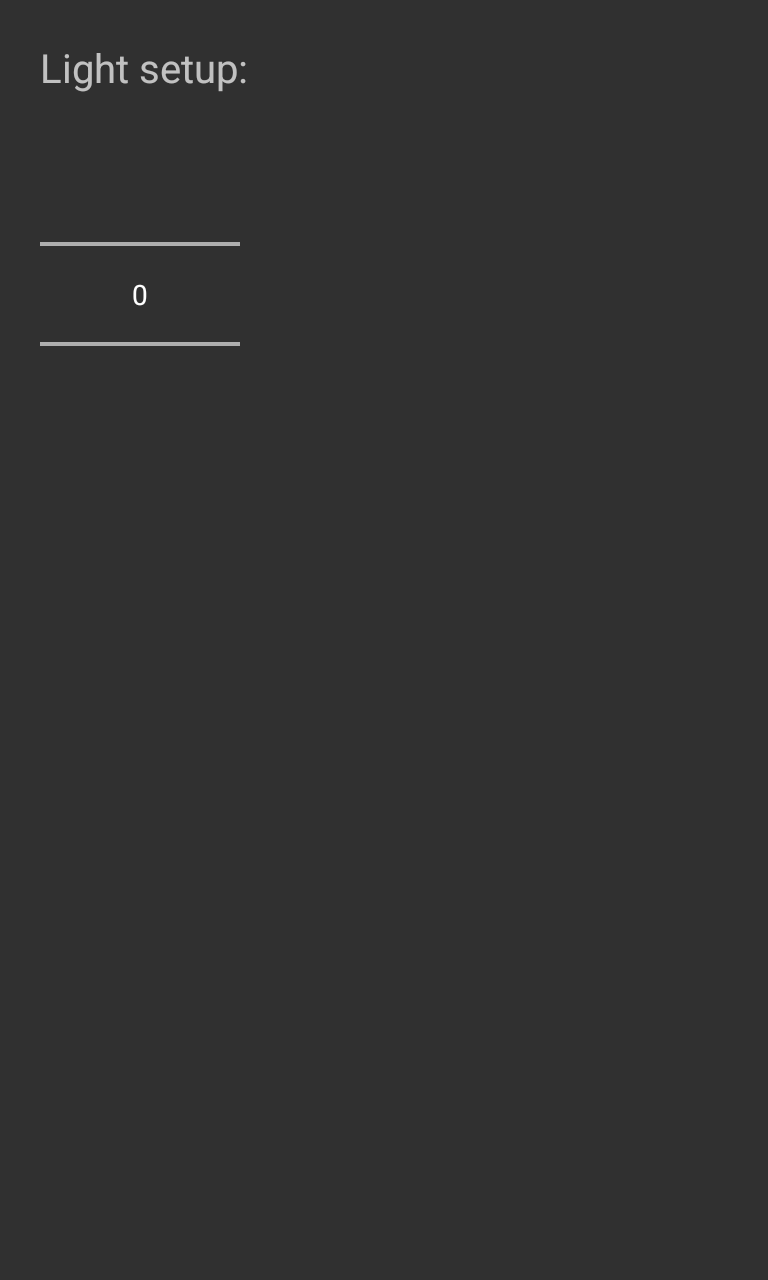
Repository: deanzaka/Shroom-Smart-Terminal
Layout: IOIOShroomST/res/layout/sensors.xml
The author's editor kept a copy of each file at every save. The layout is drawn from the files as they stood at one save, then again after the next save.
It is drawn on a 768 x 1280 px phone screen (xhdpi) without system bars, with theme Theme.AppCompat; the app's code is not run.

Above is the layout before, as saved 2014-11-18 06:33:24.

After the next save:
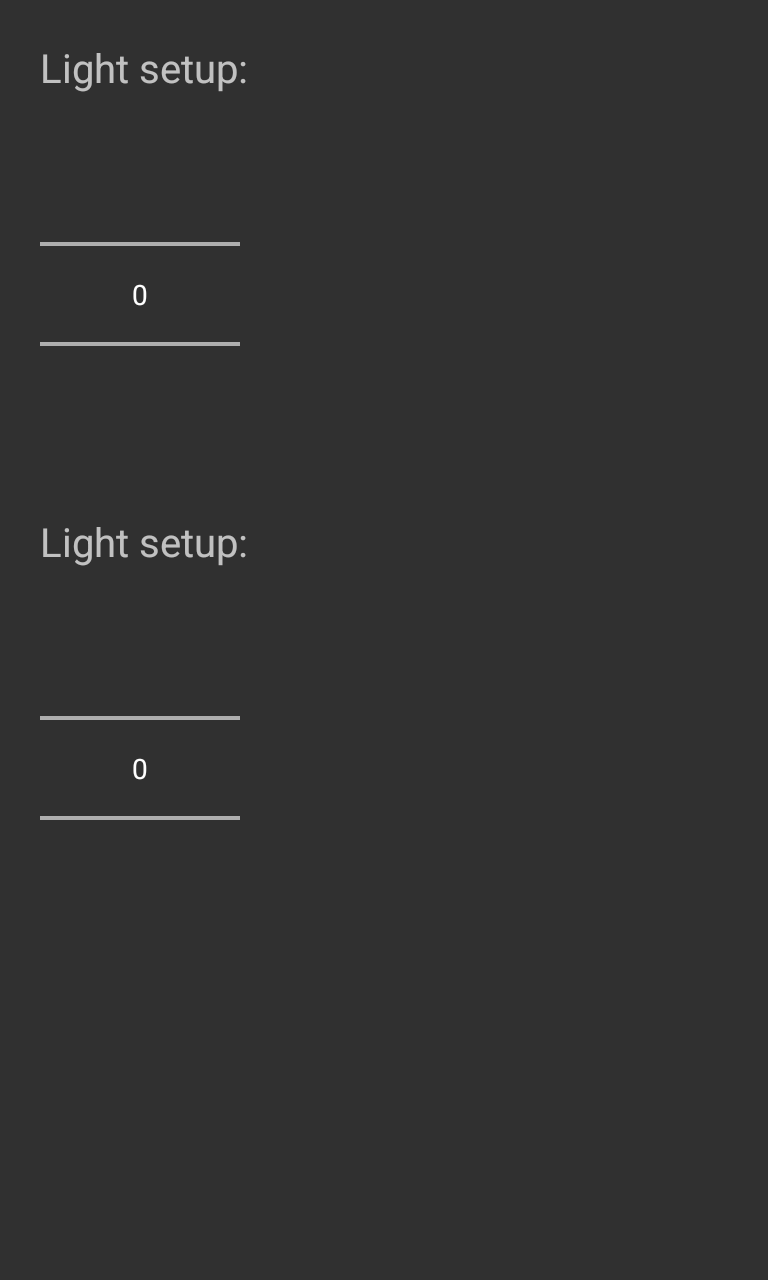
Saved 8 min 20 s later.
--- a/IOIOShroomST/res/layout/sensors.xml
+++ b/IOIOShroomST/res/layout/sensors.xml
@@ -28,4 +28,29 @@
 
 	</RelativeLayout>
 
+	<TextView
+	    android:id="@+id/TempSetupLabel"
+	    android:text="@string/light_setup_label"
+	    android:layout_width="wrap_content"
+	    android:layout_height="wrap_content"
+	    android:paddingTop="20dp"
+	    android:paddingLeft="20dp"
+	    android:textSize="20sp" />
+
+	<RelativeLayout
+	    android:layout_width="fill_parent"
+	    android:layout_height="wrap_content"
+	    android:gravity="left"
+	    android:paddingTop="10dp"
+	    android:paddingLeft="20dp">
+
+	    <NumberPicker
+		    android:id="@+id/userLux"
+		    android:layout_width="100dp"
+		    android:layout_height="wrap_content"
+		    android:layout_alignParentLeft="true"/>
+
+	</RelativeLayout>
+
+
 </LinearLayout>
